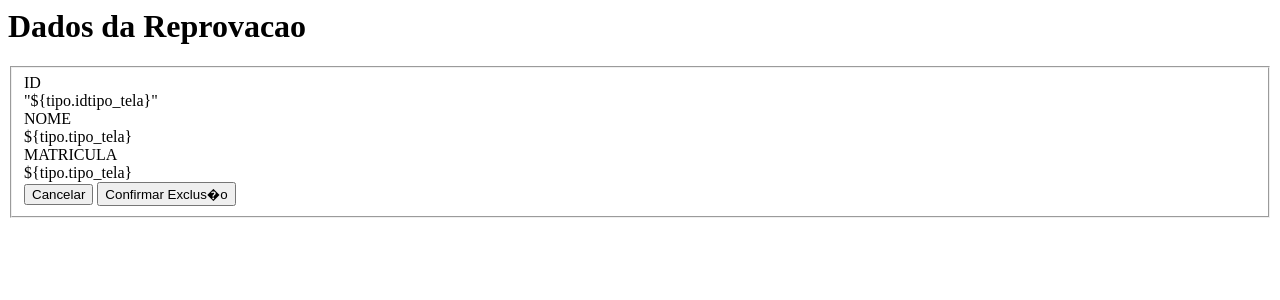
Repository: WilliamEstrela/trabalho1VA-PROG4
Page: CRUDLanManagerV5/WebContent/manterreprovacao/excluir.html
These files come from the project's save history. The page is drawn as it stood at one moment and after the next save; the edit follows.
The browser window is 1280 px wide. The pictures show the whole page.

Above is the page before, as saved 2019-09-05 23:34:18.

After the next save:
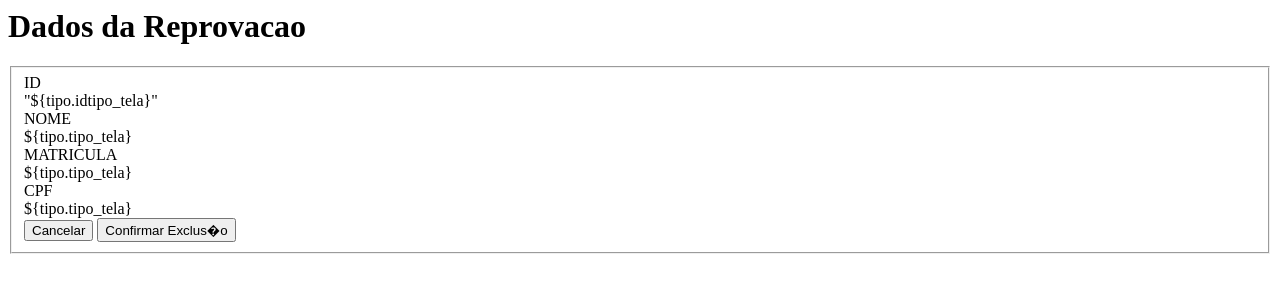
Saved 18 s later.
--- a/CRUDLanManagerV5/WebContent/manterreprovacao/excluir.html
+++ b/CRUDLanManagerV5/WebContent/manterreprovacao/excluir.html
@@ -28,6 +28,13 @@
                   </div>
 
                   <div class="form-group">
+                    <label for="tipo" class="col-lg-2 control-label">CPF</label>
+                    <div class="col-lg-10">
+                      ${tipo.tipo_tela}
+                    </div>
+                  </div>
+
+                  <div class="form-group">
                     <div class="col-lg-10 col-lg-offset-2">
                       <button class="btn btn-default">Cancelar</button>
                       <button type="submit" class="btn btn-primary">Confirmar Exclus�o</button>
